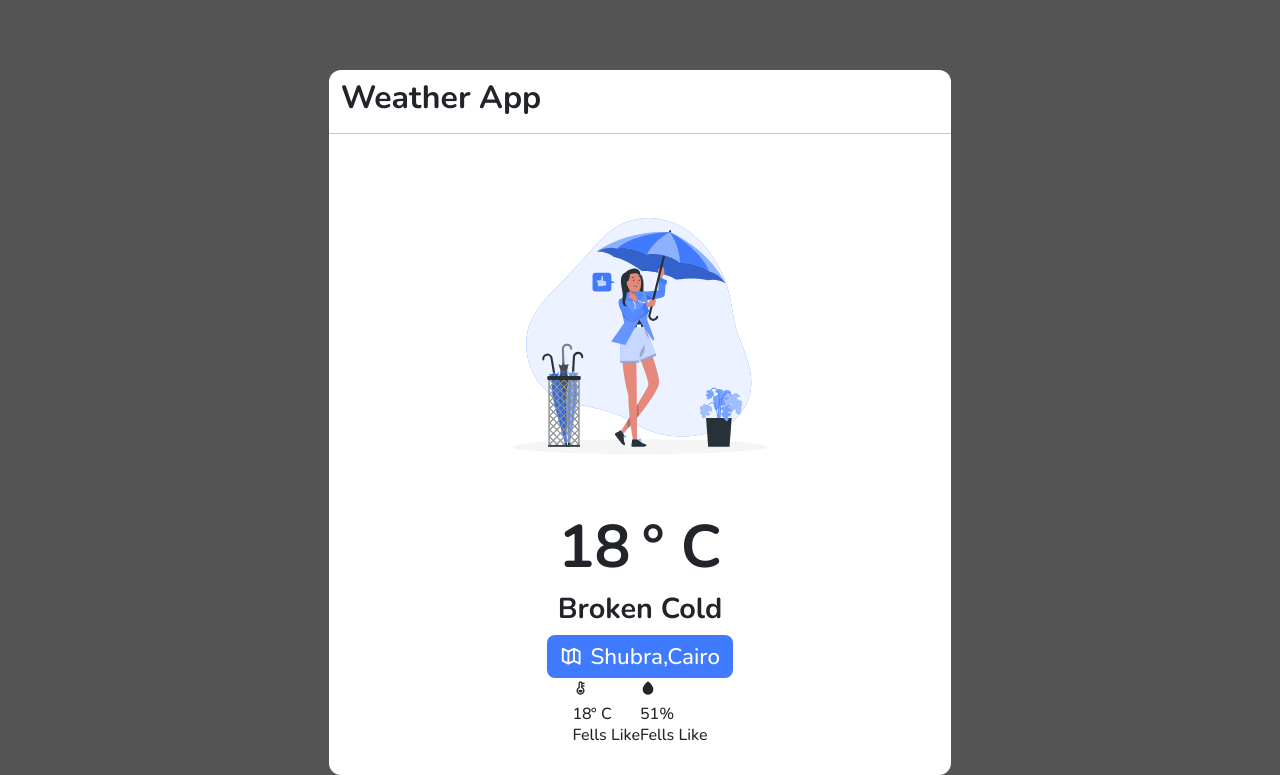
Repository: youssef168/Weather-App
Page: index.htm
The author's editor kept a copy of each file at every save. The page is drawn from the files as they stood at one save, then again after the next save.
The browser window is 1280 px wide. The pictures show the whole page.

Above is the page before, as saved 2021-12-28 20:14:35.

### index.htm
<!DOCTYPE html>
<html lang="en">
<head>
    <meta charset="UTF-8">
    <meta http-equiv="X-UA-Compatible" content="IE=edge">
    <meta name="viewport" content="width=device-width, initial-scale=1.0">
    <link href="https://cdn.jsdelivr.net/npm/bootstrap@5.1.3/dist/css/bootstrap.min.css" rel="stylesheet" integrity="sha384-1BmE4kWBq78iYhFldvKuhfTAU6auU8tT94WrHftjDbrCEXSU1oBoqyl2QvZ6jIW3" crossorigin="anonymous">
    <link rel="preconnect" href="https://fonts.googleapis.com">
    <link rel="preconnect" href="https://fonts.gstatic.com" crossorigin>
    <link href="https://fonts.googleapis.com/css2?family=Nunito:ital,wght@0,300;0,500;0,600;0,700;0,900;1,200;1,300;1,400;1,500;1,700&family=Work+Sans:ital,wght@1,400;1,600&display=swap" rel="stylesheet">
    <link rel="stylesheet" href="./style.css">
    <link href='https://unpkg.com/boxicons@2.1.1/css/boxicons.min.css' rel='stylesheet'>

    <title>Document</title>
</head>
<body>
    <div class="container">
        <div class='row super'>
            <h2>Weather App</h2>
            <hr>
          <div class='col'>
              <div class="wearher-img">
                  <img class="w-100" src="./Umbrella-rafiki.svg" alt="">
              </div>
              <div class="weather-details">
                  <span class="degree">18</span>
                  <span class="sign">°</span>
                  <span class="sign-2">
                    C
                  </span>
                </div>
                <h4 class='weatherStatus'>Broken Cold</h4>
              <div class="location">
                <i class='bx bx-map-alt mr-4'></i>
                <span>Shubra,Cairo</span>
              </div>
              <div class="detail-box">
                  <div class="column fellLike">
                    <i class='bx bxs-thermometer'></i>
                    <div class="innerFeild">
                        <span class="degree-2">18</span>
                        <span class="sign">°</span>
                        <span class="sign-2">
                          C
                        </span>
                    </div>
                    <h6>Fells Like</h6>
                </div>

                  <div class="column Humidity">
                    <i class='bx bxs-droplet'></i>
                    <div class="innerFeild">
                        <span class="degree-3">51%</span>
                    </div>
                    <h6>Fells Like</h6>
                  </div>

          </div>
    </div>

    <script src="./script.js"></script>
    <script src="https://cdn.jsdelivr.net/npm/bootstrap@5.1.3/dist/js/bootstrap.bundle.min.js" integrity="sha384-ka7Sk0Gln4gmtz2MlQnikT1wXgYsOg+OMhuP+IlRH9sENBO0LRn5q+8nbTov4+1p" crossorigin="anonymous"></script>
</body>
</html>

### style.css
/* Start Global Rules */
body {
    font-family: 'Nunito', sans-serif;
    background: #555

}



.super {
    margin: auto;
    margin-top: 70px;
    width: fit-content;
    background: #fff;
    border-radius: 12px;
    /* background-image: url('./blob.svg');
    background-repeat: no-repeat;
    background-size: covere; */
}

/* end Global Rules */

h2 {
    font-weight: bold !important;
    /* font-size: 3.6rem !important; */
    line-height: 55px ;
}

.container {
    padding: 0;
}

.wearher-img {
    width: 330px;
}

.col {
    padding: 22px;
    display: flex !important;
    flex-direction: column;
    justify-content: center;
    align-items: center;
}

.weather-details {
    font-size: 60px;
    font-weight: bold;
}

.sign {
    margin-left: -5px;
}

.weatherStatus {
    font-weight: bolder;
    font-size: 1.8rem;
}

.location {
    font-size: 1.4rem;
    display: flex;
    align-items: center;
    background-color: #407BFF;
    padding: 5px 13px;
    color: #fff;
    border-radius: 8px;

}

.location .bx-map-alt {
    margin-right: 8px;
}

.detail-box {
    display: flex;
    justify-content: space-around !important;
}

Loaded but not shown: script.js (no copy from this time; the picture is the same without it)

After the next save:
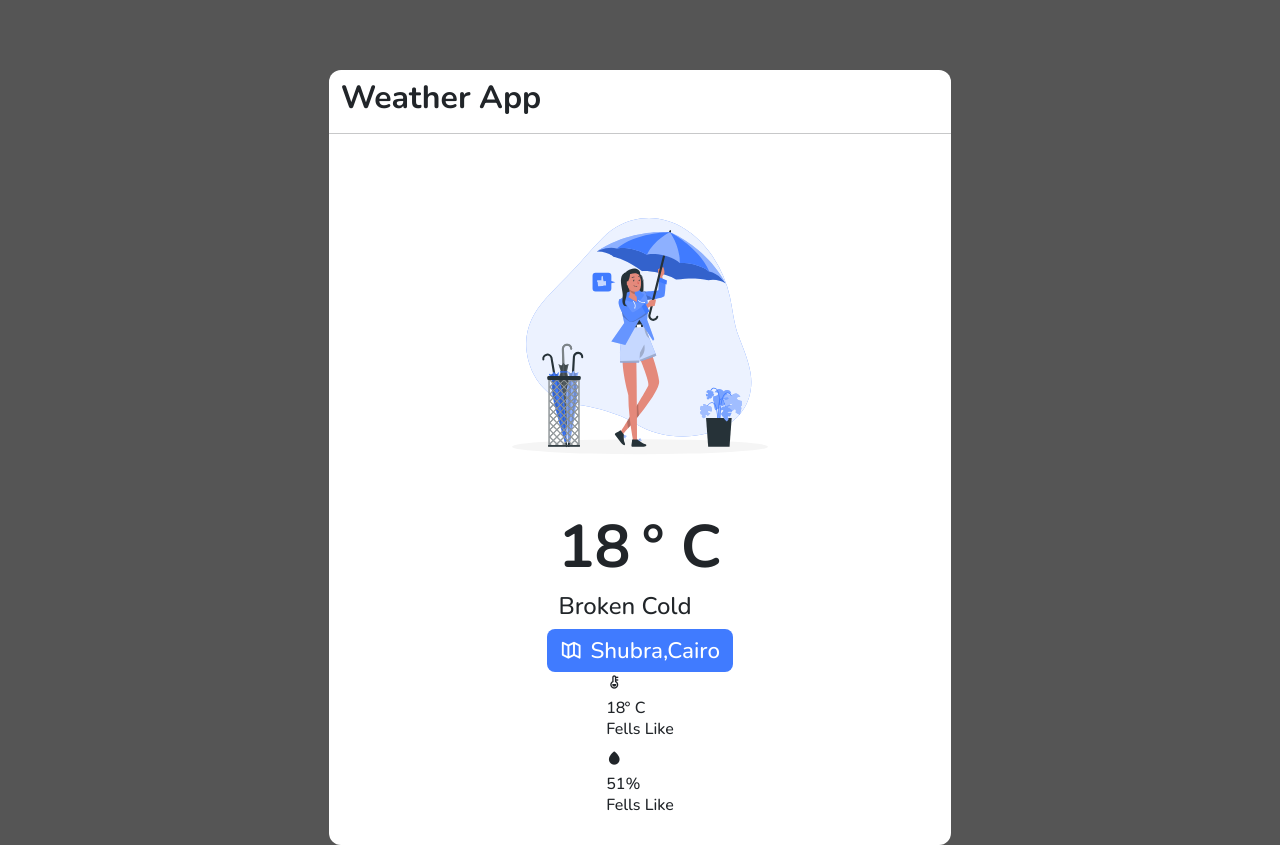
Saved 17 s later.
--- a/index.htm
+++ b/index.htm
@@ -28,10 +28,10 @@
                   <span class="sign-2">
                     C
                   </span>
-                </div>
-                <h4 class='weatherStatus'>Broken Cold</h4>
+                  <h4>Broken Cold</h4>
+              </div>
               <div class="location">
-                <i class='bx bx-map-alt mr-4'></i>
+                <i class='bx bx-map-alt'></i>
                 <span>Shubra,Cairo</span>
               </div>
               <div class="detail-box">
@@ -45,8 +45,9 @@
                         </span>
                     </div>
                     <h6>Fells Like</h6>
-                </div>
-
+                  </div>
+              </div>
+              <div class="detail-box">
                   <div class="column Humidity">
                     <i class='bx bxs-droplet'></i>
                     <div class="innerFeild">
@@ -54,7 +55,7 @@
                     </div>
                     <h6>Fells Like</h6>
                   </div>
-
+              </div>
           </div>
     </div>
 
